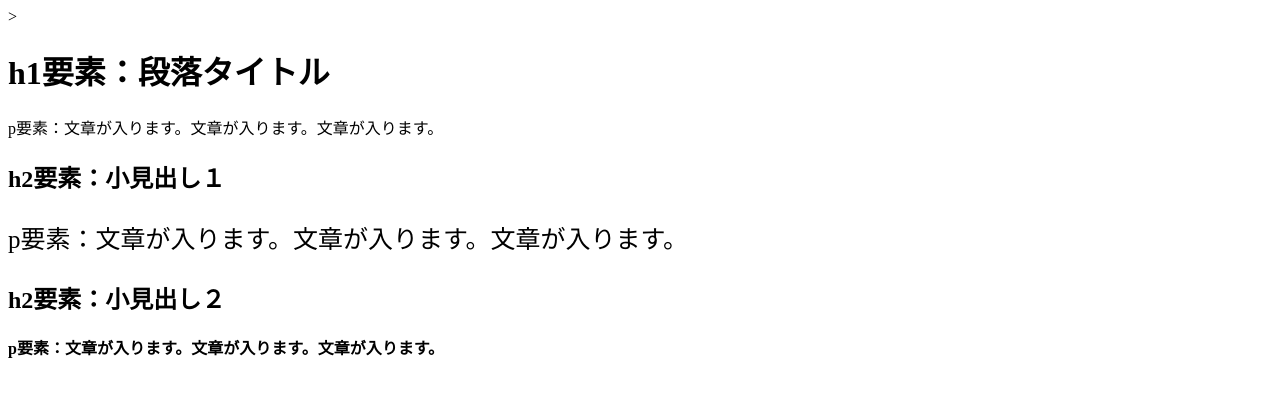
Repository: koukoukou2020/sumurai_HTML-CSS
Page: index.html
The author's editor kept a record of every edit. The page is drawn from the files as they stood at one moment, then again after the next edit.
The browser window is 1280 px wide. The pictures show the whole page.

Above is the page before.

After the next edit:
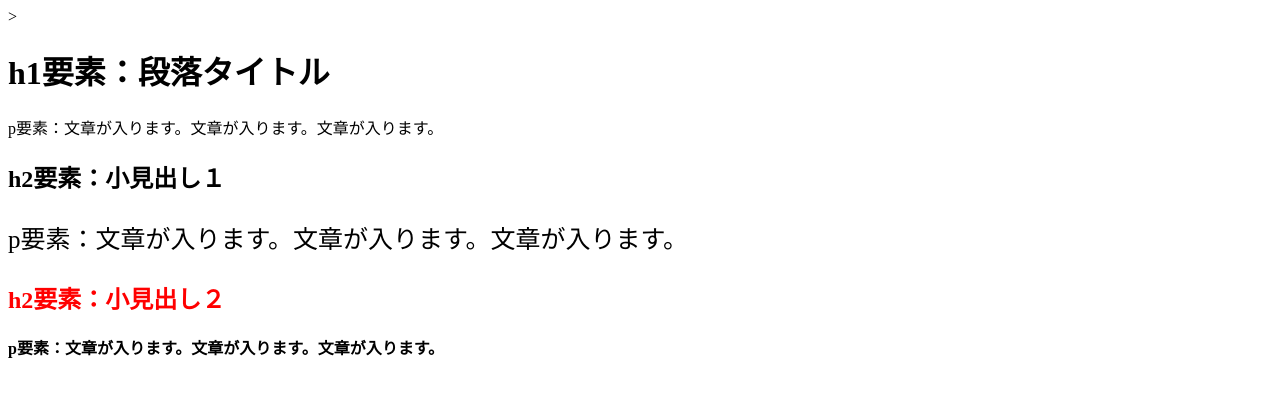
The edit:
--- a/index.html
+++ b/index.html
@@ -16,7 +16,7 @@
     <p style="font-size: 25px;">
       p要素：文章が入ります。文章が入ります。文章が入ります。
     </p>
-    <h2>h2要素：小見出し２</h2>
+    <h2 id="red">h2要素：小見出し２</h2>
     <p style="font-weight: bold;">
       p要素：文章が入ります。文章が入ります。文章が入ります。
     </p>
